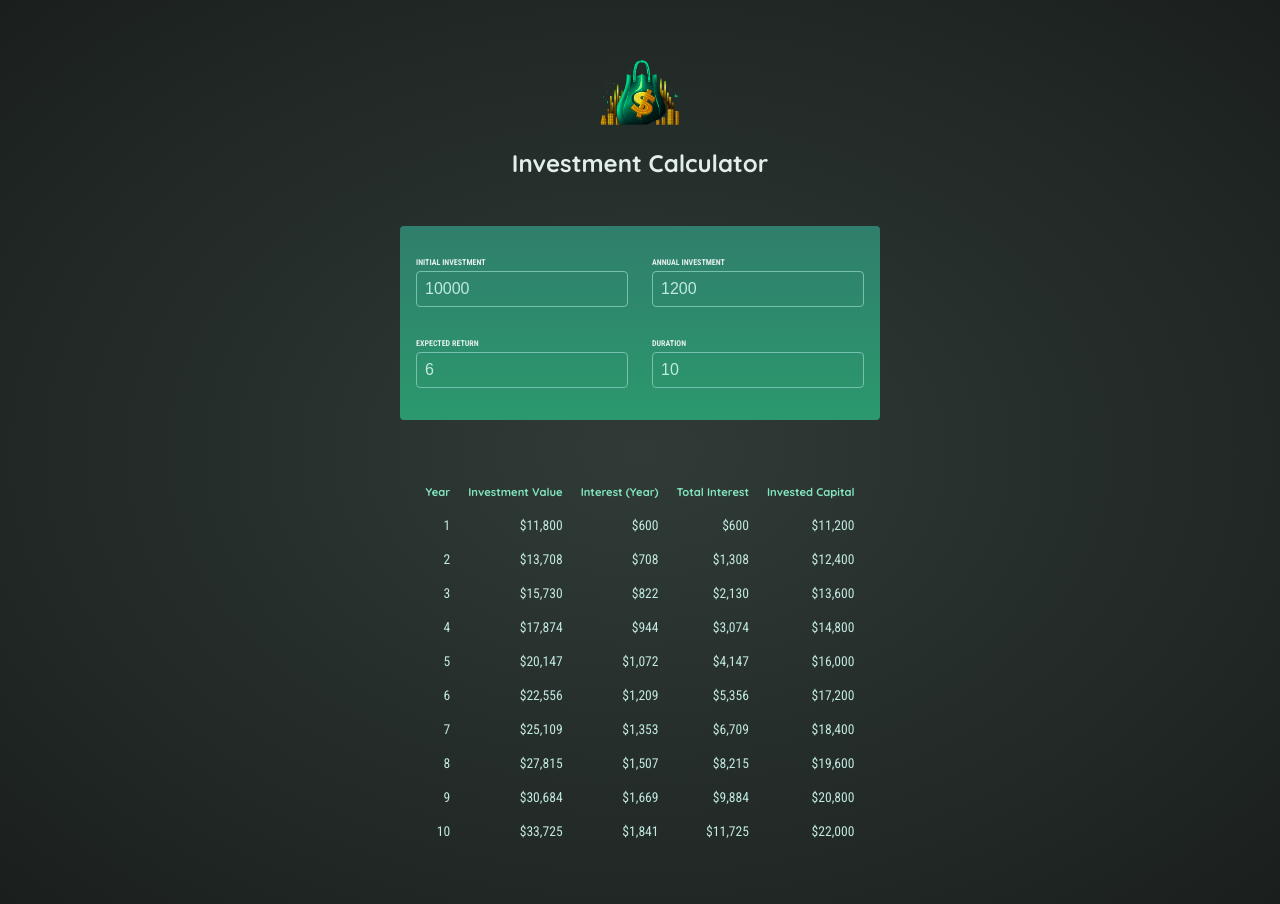
Repository: ooluchi/prac-investment-calculator
Page: /
The author's editor kept a copy of each file at every save. The page is drawn from the files as they stood at one save, then again after a run of saves.
The browser window is 1280 px wide. The pictures show the whole page.
The project was rebuilt for these pictures with package versions that can differ from the ones it lists, and the page was loaded fresh each time. Also part of the build but not shown: vite.config.js.

Above is the page before, as saved 2024-11-13 15:20:14.

After the next 2 saves:
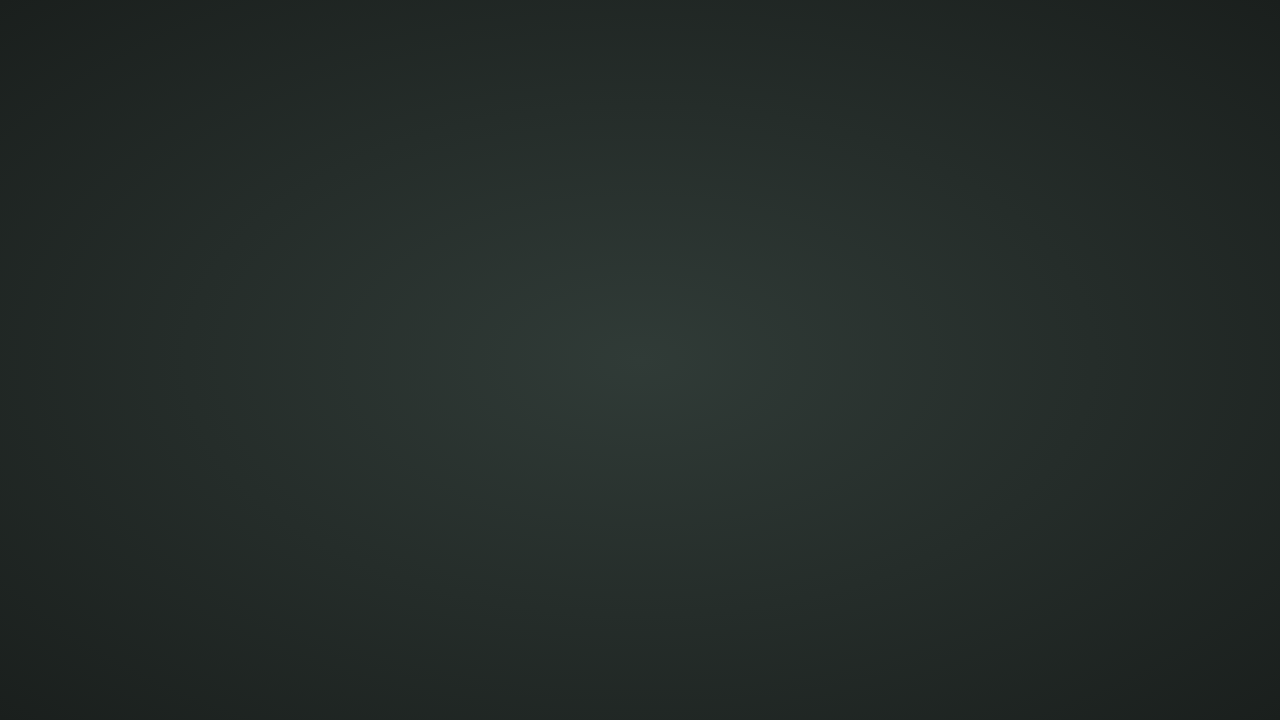
Console error: ReferenceError: handleChange is not defined
The 2 saves are shown as one change because 1 did not build or start.
The last was saved 21 s later.
--- a/src/App.jsx
+++ b/src/App.jsx
@@ -12,7 +12,7 @@
     duration: 10,
 });
 
-
+const inputIsValid =
 
 function handleChange(inputIdentifier, newValue) {
   setUserInput((previousInput) => ({

After the 3 saves that followed:
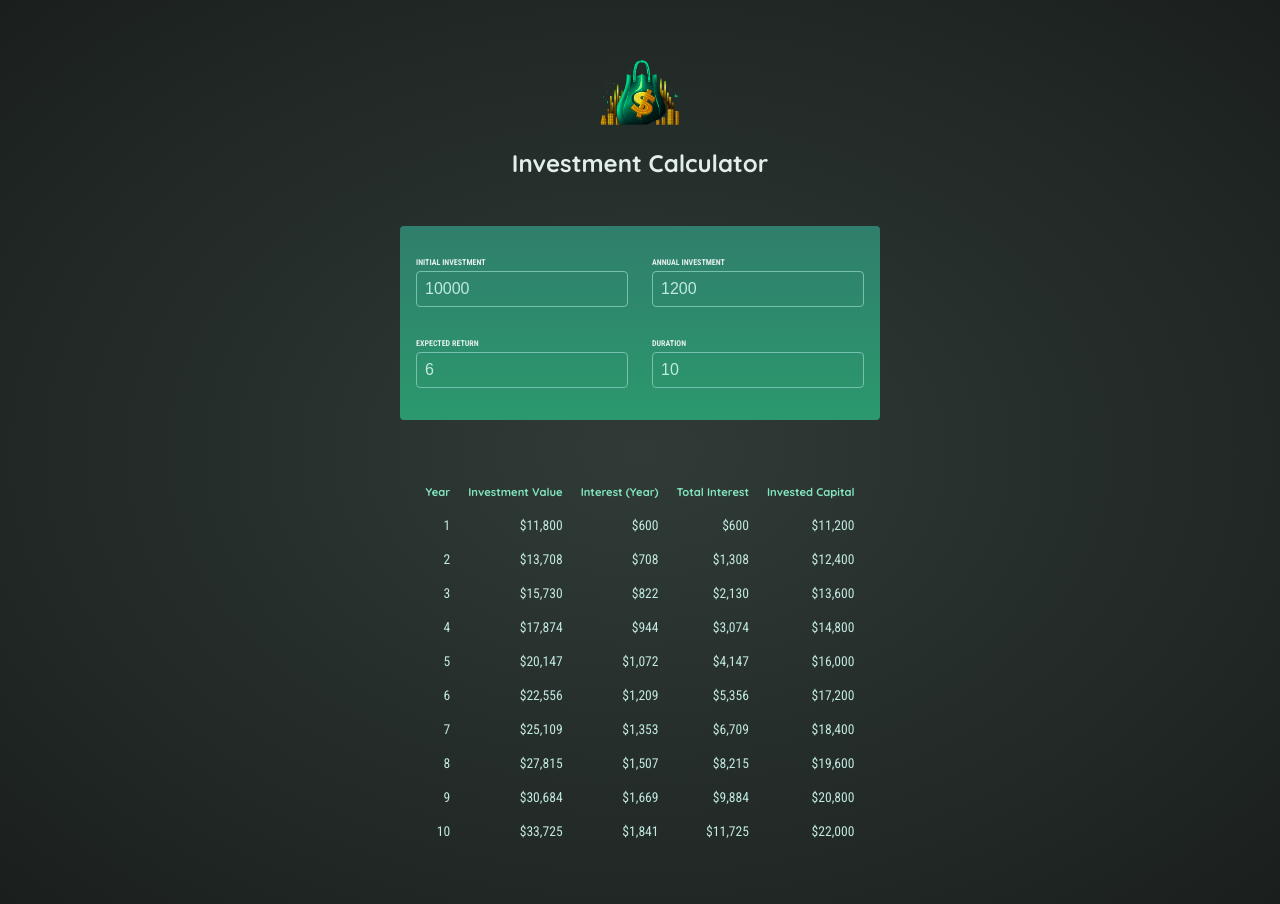
The error is gone.
The 3 saves are shown as one change because they came seconds apart.
The last was saved 30 s later.
--- a/src/App.jsx
+++ b/src/App.jsx
@@ -12,7 +12,7 @@
     duration: 10,
 });
 
-const inputIsValid =
+const inputIsValid = userInput.duration
 
 function handleChange(inputIdentifier, newValue) {
   setUserInput((previousInput) => ({
